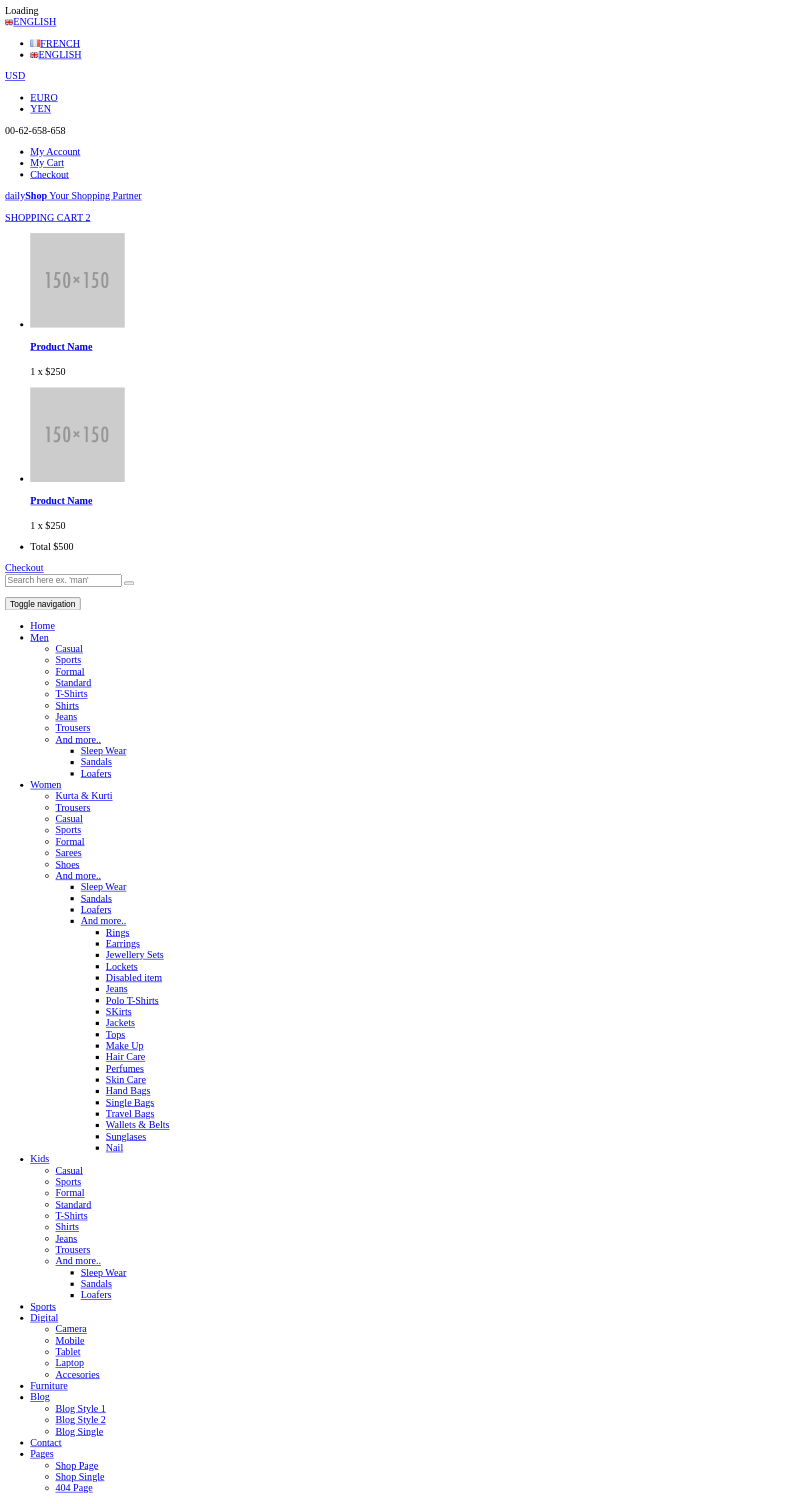
Repository: congle98/case-study-module4-frontend
Page: MarkUps-dailyShop/dailyShop/layout/header.html
The author's editor kept a copy of each file at every save. The page is drawn from the files as they stood at one save, then again after a run of saves.
The browser window is 1280 px wide. The pictures show the whole page, at 63% of full size.

Above is the page before, as saved 2021-07-07 08:38:45.

After the next 2 saves:
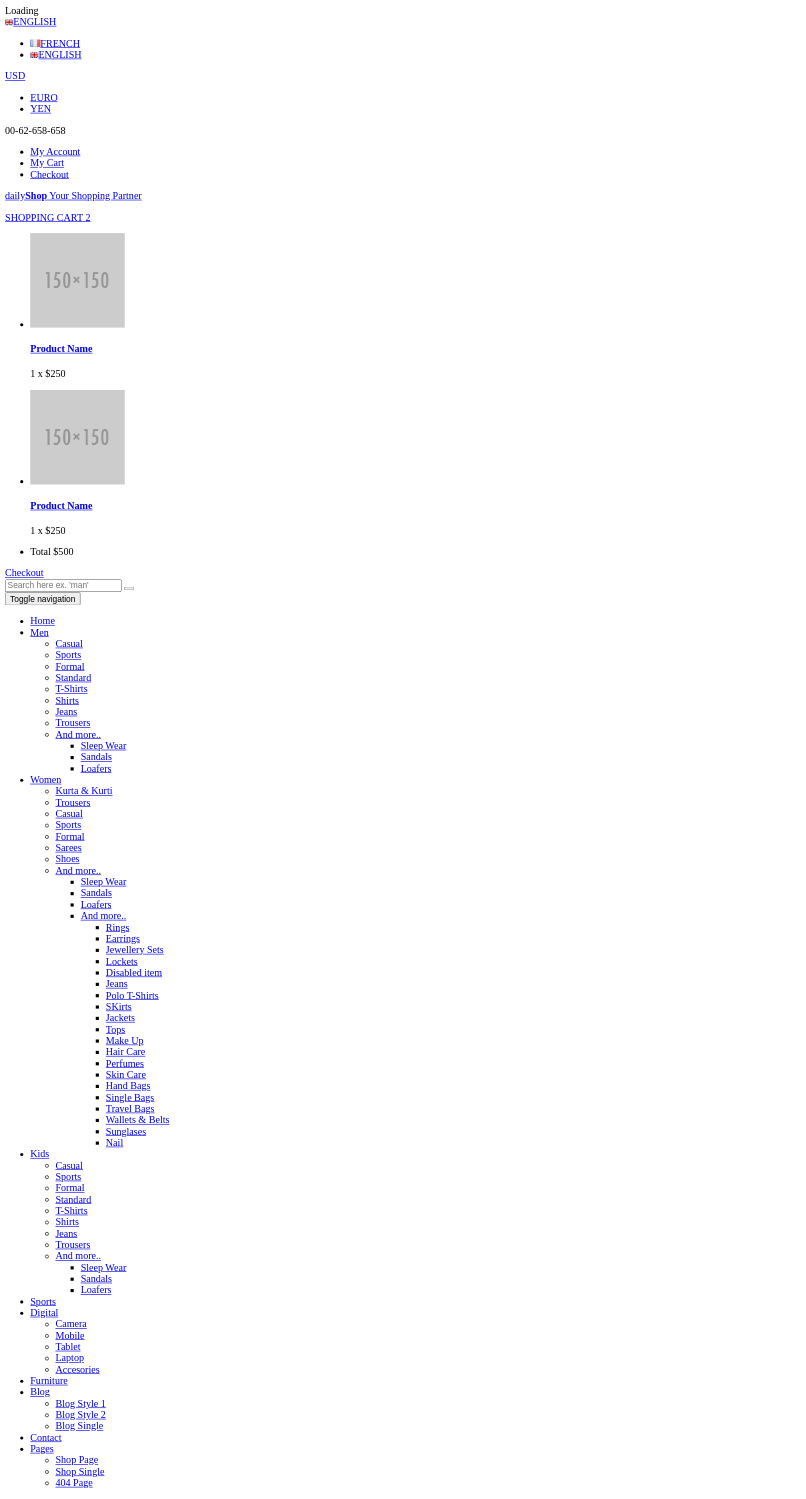
The 2 saves are shown as one change because they came seconds apart.
The last was saved 5 s later.
--- a/MarkUps-dailyShop/dailyShop/layout/header.html
+++ b/MarkUps-dailyShop/dailyShop/layout/header.html
@@ -1,4 +1,15 @@
+   <!DOCTYPE html>
+   <html lang="en">
+   <head>
+       <meta charset="UTF-8">
+       <meta http-equiv="X-UA-Compatible" content="IE=edge">
+       <meta name="viewport" content="width=device-width, initial-scale=1.0">
+       <title>Document</title>
+   </head>
+   <body>
 
+   </body>
+   </html>
    <!-- wpf loader Two -->
    <div id="wpf-loader-two">
     <div class="wpf-loader-two-inner">
